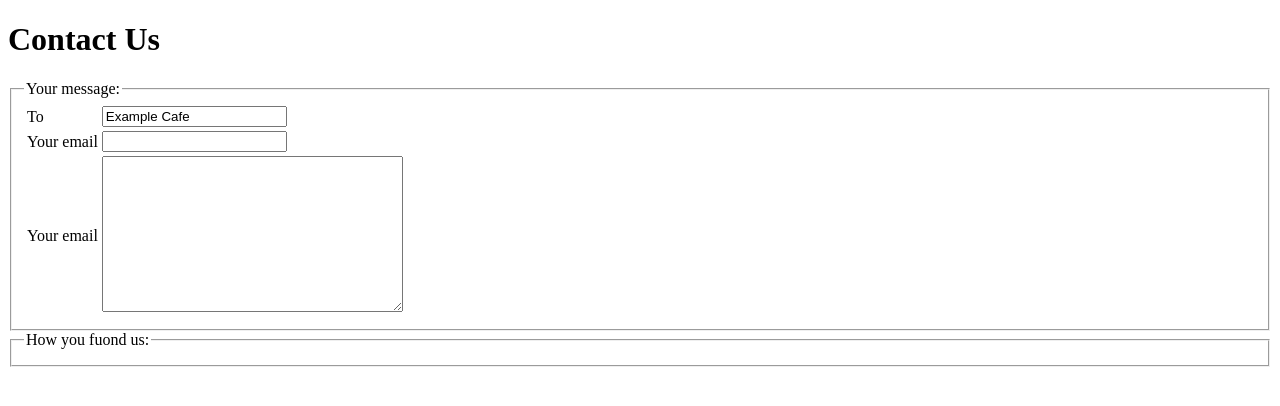
Repository: PhamChiXuan1/HTCNW_tuan3_DHCNTT16C_PhamChiXuan_20030131
Page: bt15.html
An editor plug-in stored every save of this project. The page is shown before and after the next save, followed by the edit.
The browser window is 1280 px wide. The pictures show the whole page.

Above is the page before, as saved 2022-02-28 11:43:44.

After the next save:
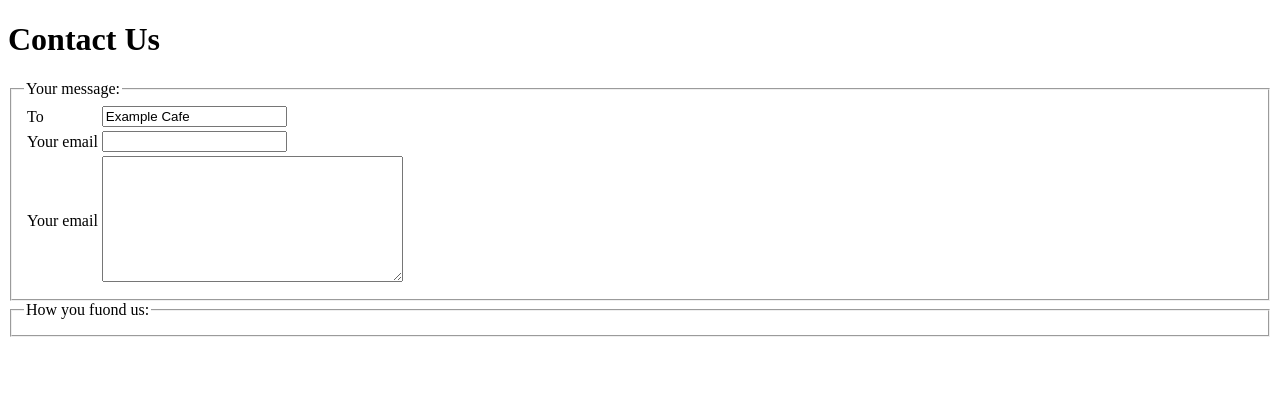
Saved 6 s later.
--- a/bt15.html
+++ b/bt15.html
@@ -21,7 +21,7 @@
             </tr>
             <tr>
                 <td><table for="emailBody">Your email</table></td>
-                <td><textarea name="" id="" cols="35" rows="10"></textarea></td>
+                <td><textarea name="" id="" cols="35" rows="8"></textarea></td>
             </tr>
         </table>
     </fieldset>
